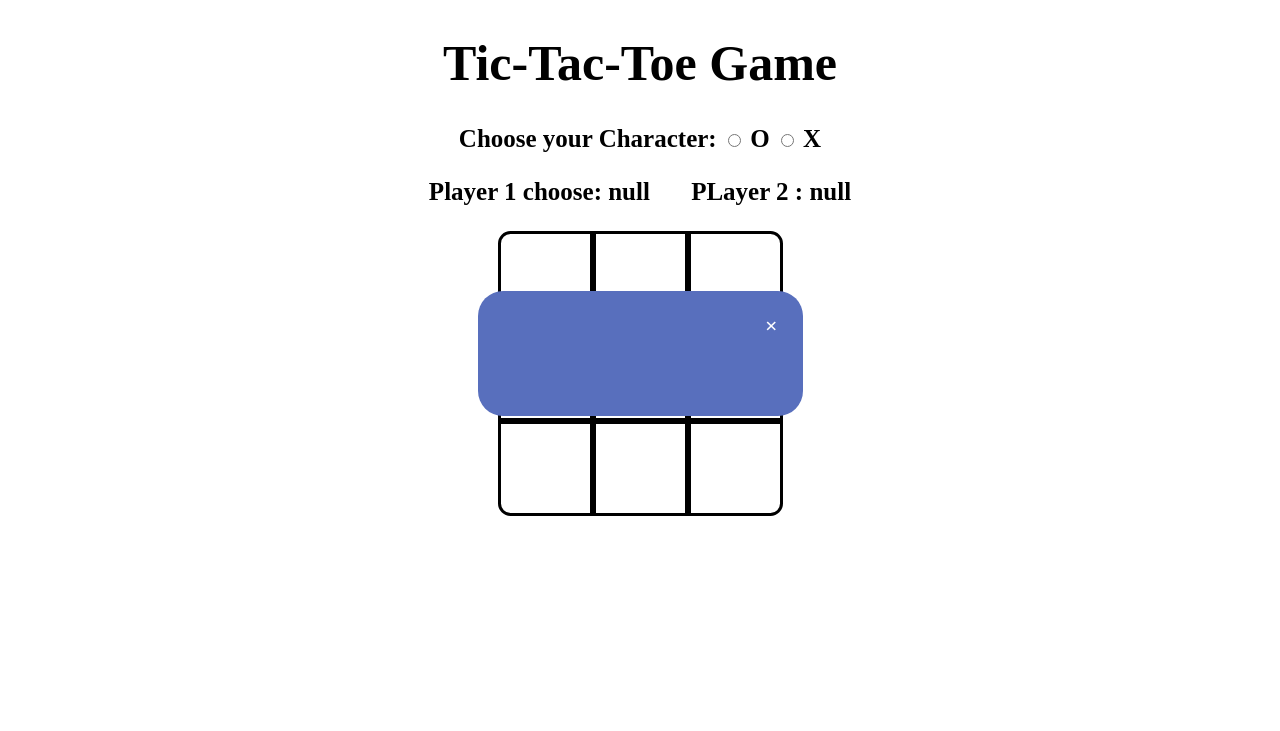
Repository: 0101chaitanya/Tic-Tac-Toe
Page: index.html
These files come from the project's save history. The page is drawn as it stood at one moment and after a run of saves; the edit follows.
The browser window is 1280 px wide. The pictures show the whole page.

Above is the page before, as saved 2021-06-12 12:15:17.

After the next 2 saves:
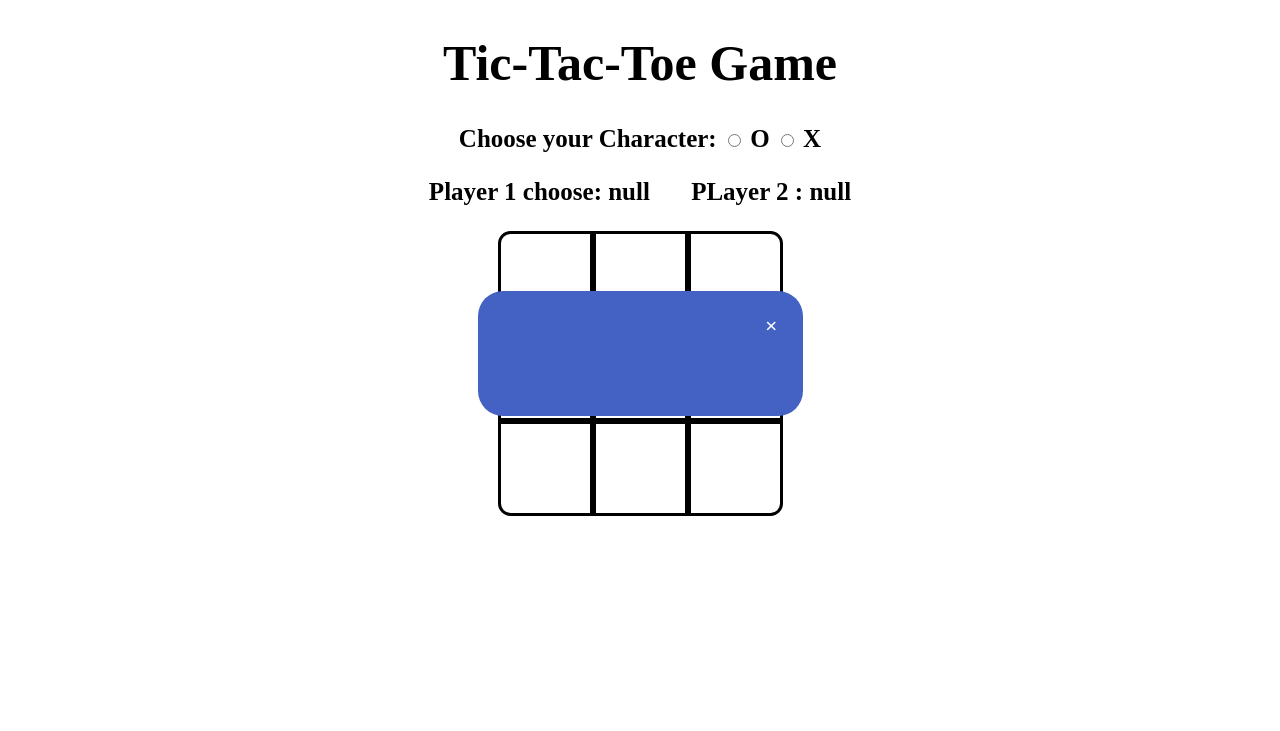
The 2 saves are shown as one change because they came seconds apart.
The last was saved 12 s later.
--- a/styles.css
+++ b/styles.css
@@ -103,7 +103,7 @@ label>input {
     position: relative;
     top: -12rem;
     border-color: rgb(162, 162, 192);
-    background-color: rgb(88, 111, 189);
+    background-color: rgb(68, 98, 196);
     color: white;
     opacity: 1;
     transition: opacity 0.6s;
@@ -113,7 +113,7 @@ label>input {
 }
 
 #resultOut {
-    color: #04AA6D;
+    color: #39b98a;
 }
 
 #closebtn {
